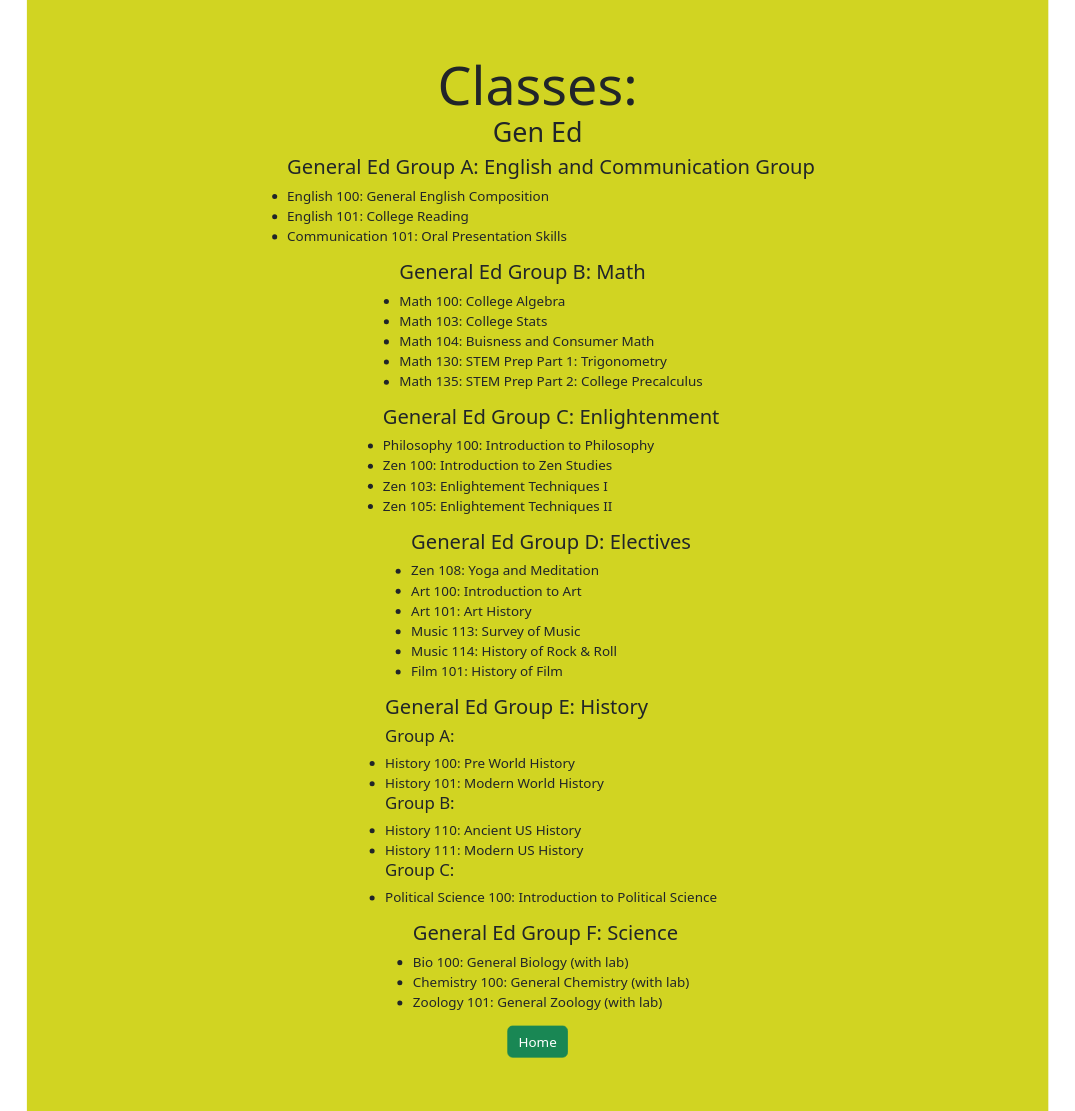
Repository: collegedude9300/zenschool
Page: /Classes
The author's editor kept a copy of each file at every save. The page is drawn from the files as they stood at one save, then again after the next save.
The browser window is 1280 px wide. The pictures show the whole page, at 84% of full size.
The project was rebuilt for these pictures with package versions that can differ from the ones it lists, and the page was loaded fresh each time. The framework's server and built-in components were replaced by stand-ins that run in the browser. Also part of the build but not shown: next.config.js.

Above is the page before, as saved 2022-10-28 09:32:14.

### pages/Classes.js
/* eslint-disable @next/next/no-html-link-for-pages */
import Head from 'next/head'
import Image from 'next/image'
import styles from '../styles/Home.module.css'
import 'bootstrap/dist/css/bootstrap.css'
import Link from 'next/link';
export default function Classes() {
  return (

    <div className={styles.container}>
      <Head>
        <title>Classes</title>
        <meta name="description" content="Generated by create next app" />
        <link rel="icon" href="/favicon.png" />
      </Head>
      <main className={styles.main}>
        <h1 className={styles.title}>
          Classes:
        </h1>
    <h2> Gen Ed</h2>
        <ul>
    <h4>General Ed Group A: English and Communication Group </h4>
   <li> English 100: General English Composition </li>
    <li> English 101: College Reading </li>
    <li> Communication 101: Oral Presentation Skills </li>
    </ul>
       <ul>
       <h4>General Ed Group B: Math </h4>
    <li> Math 100: College Algebra </li>
    <li> Math 103: College Stats </li>
    <li> Math 104: Buisness and Consumer Math </li>
    <li> Math 130: STEM Prep Part 1: Trigonometry </li>
    <li> Math 135:  STEM Prep Part 2: College Precalculus </li>
    </ul>
    <ul>
    <h4>General Ed Group C: Enlightenment </h4>
    <li> Philosophy 100: Introduction to Philosophy </li>
    <li> Zen 100: Introduction to Zen Studies </li>
    <li> Zen 103: Enlightement Techniques I </li>
    <li> Zen 105: Enlightement Techniques II </li>
    </ul>
    <ul>
    <h4>General Ed Group D: Electives </h4>
    <li> Zen 108:  Yoga and Meditation </li>
    <li> Art 100: Introduction to Art</li>
    <li> Art 101: Art History </li>
    <li> Music 113: Survey of Music </li>
    <li> Music 114: History of Rock & Roll </li>
    <li> Film 101: History of Film </li>
    </ul>
    <ul>
    <h4>General Ed Group E: History </h4>
    <h5> Group A:</h5>
    <li> History 100: Pre World History  </li>
    <li> History 101: Modern World History </li>
    <h5> Group B:</h5>
    <li> History 110: Ancient US History </li>
    <li> History 111: Modern US History </li>
    <h5> Group C:</h5>
    <li> Political Science 100: Introduction to Political Science </li>
    </ul>
    <ul>
    <h4>General Ed Group F: Science </h4>
    <li> Bio 100: General Biology (with lab) </li>
    <li> Chemistry 100: General Chemistry (with lab)</li>
    <li> Zoology 101: General Zoology (with lab)</li>
    </ul>
    <Link legacyBehavior href="/">
        <a className="btn btn-success">Home</a>
        </Link>
      </main>
    </div>
  )
}

### styles/Home.module.css
.container {
  padding: 0 2rem;
}

.main {
  min-height: 100vh;
  padding: 4rem 0;
  flex: 1;
  display: flex;
  flex-direction: column;
  justify-content: center;
  align-items: center;
  background-color: #d1d422;
}

.footer {
  display: flex;
  flex: 1;
  padding: 2rem 0;
  border-top: 1px solid #eaeaea;
  justify-content: center;
  align-items: center;
}

.footer a {
  display: flex;
  justify-content: center;
  align-items: center;
  flex-grow: 1;
}

.title a {
  color: #0070f3;
  text-decoration: none;
}

.title a:hover,
.title a:focus,
.title a:active {
  text-decoration: underline;
}

.title {
  margin: 0;
  line-height: 1.15;
  font-size: 4rem;
}

.title,
.description {
  text-align: center;
}

.description {
  margin: 4rem 0;
  line-height: 1.5;
  font-size: 1.5rem;
}

.code {
  background: #fafafa;
  border-radius: 5px;
  padding: 0.75rem;
  font-size: 1.1rem;
  font-family: Menlo, Monaco, Lucida Console, Liberation Mono, DejaVu Sans Mono,
    Bitstream Vera Sans Mono, Courier New, monospace;
}

.grid {
  display: flex;
  align-items: center;
  justify-content: center;
  flex-wrap: wrap;
  max-width: 800px;
}

.card {
  margin: 1rem;
  padding: 1.5rem;
  text-align: left;
  color: inherit;
  text-decoration: none;
  border: 1px solid #eaeaea;
  border-radius: 10px;
  transition: color 0.15s ease, border-color 0.15s ease;
  max-width: 300px;
}

.card:hover,
.card:focus,
.card:active {
  color: #0070f3;
  border-color: #0070f3;
}

.card h2 {
  margin: 0 0 1rem 0;
  font-size: 1.5rem;
}

.card p {
  margin: 0;
  font-size: 1.25rem;
  line-height: 1.5;
}

.logo {
  height: 1em;
  margin-left: 0.5rem;
}

@media (max-width: 600px) {
  .grid {
    width: 100%;
    flex-direction: column;
  }
}

@media (prefers-color-scheme: dark) {
  .card,
  .footer {
    border-color: #222;
  }
  .code {
    background: #111;
  }
  .logo img {
    filter: invert(1);
  }
}

Loaded but not shown: pages/_app.js (common file); styles/globals.css (common file)

After the next save:
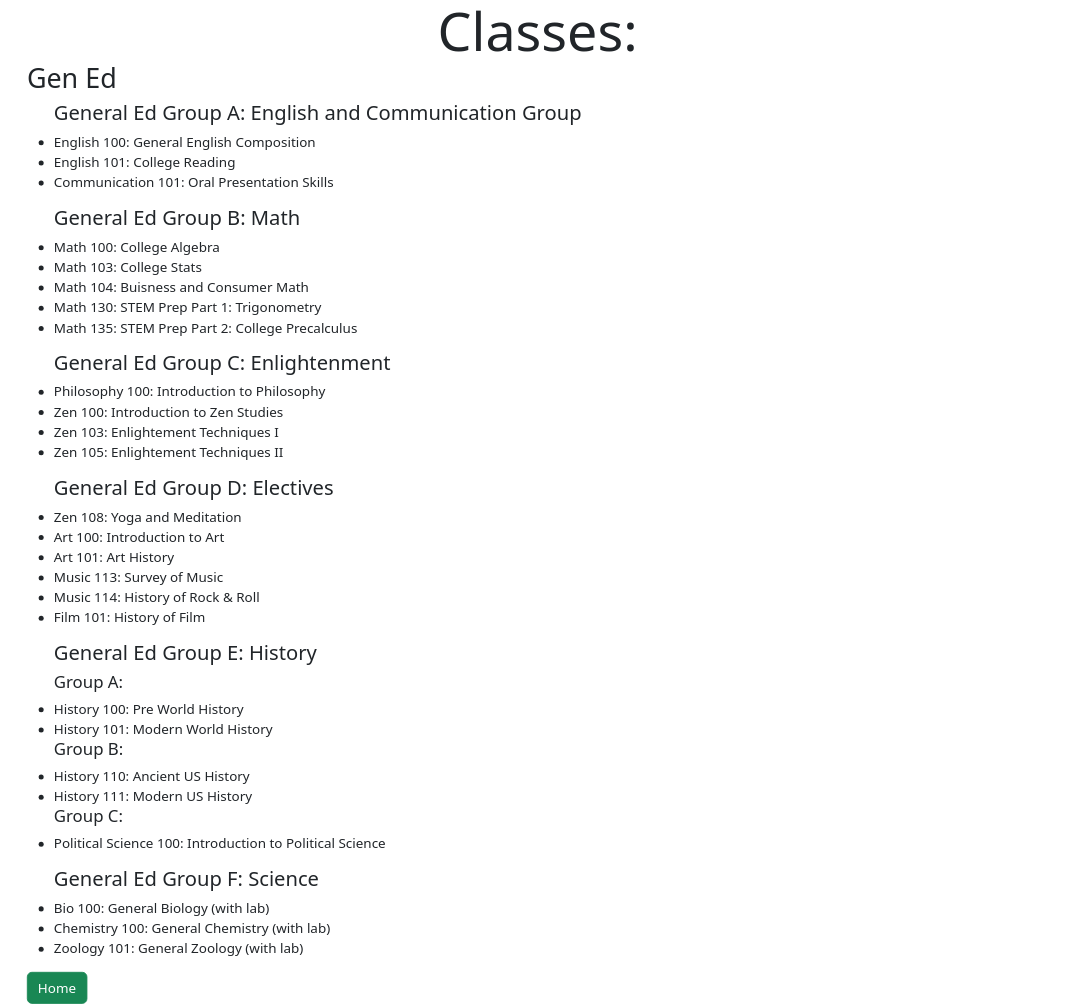
Saved 4 s later.
--- a/pages/Classes.js
+++ b/pages/Classes.js
@@ -13,7 +13,7 @@ export default function Classes() {
         <meta name="description" content="Generated by create next app" />
         <link rel="icon" href="/favicon.png" />
       </Head>
-      <main className={styles.main}>
+      <main className={styles.classpage}>
         <h1 className={styles.title}>
           Classes:
         </h1>
